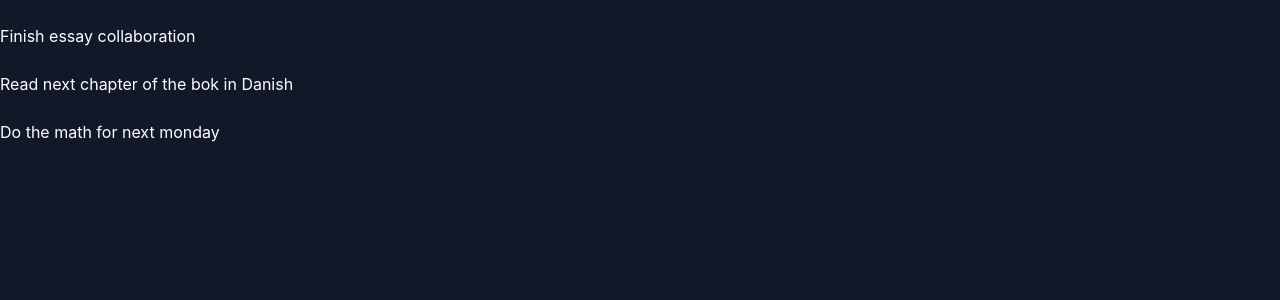
Repository: VachArt/react-exam-work
Page: /
These files come from the project's save history. The page is drawn as it stood at one moment and after the next save; the edit follows.
The browser window is 1280 px wide. The pictures show the whole page.
The project was rebuilt for these pictures with package versions that can differ from the ones it lists, and the page was loaded fresh each time.

Above is the page before, as saved 2022-04-27 14:42:10.

### src/index.jsx
import React from 'react';
import ReactDOM from 'react-dom';
import './index.css';
import Home from './components/pages/Home/Home';

const root = ReactDOM.createRoot(document.getElementById('root'));
root.render(
  <React.StrictMode>
    <Home />
  </React.StrictMode>
);

### src/components/pages/Home/Home.jsx
import React from "react"
import TodoItem from "./item/TodoItem"

const todos = [
    {
        _id: "efnejhj",
        title: "Finish essay collaboration",
        isCompleted: false,
    },
    {
        _id: "efnejhrrrr",
        title: "Read next chapter of the bok in Danish",
        isCompleted: false,
    },
    {
        _id: "efnejhj2323",
        title: "Do the math for next monday",
        isCompleted: false,
    }
]

const Home = () => {
    return (
        <div className="bg-gray-900 h-screen text-white">
            {todos.map(todo => (
                <TodoItem key={todo._id} todo={todo} />
            ))}
        </div>
    )
}

export default Home

### src/components/pages/Home/item/TodoItem.jsx
import React from "react"
import Check from "./Check"

const TodoItem = ({todo}) => {
    return (
        <div>
            <Check />
            {todo.title}
        </div>
    )
}



export default TodoItem

### src/components/pages/Home/item/Check.jsx
import React from 'react'
import {BsCheck} from "react-icons/bs"


const Check = ({isComleted}) => {
    return (
        <div>

            <BsCheck size={24} className="text-gray-900"/>
        </div>
    )
}

export default Check

Loaded but not shown: public/index.html (common file); src/index.css (common file); tailwind.config.js (common file)

After the next save:
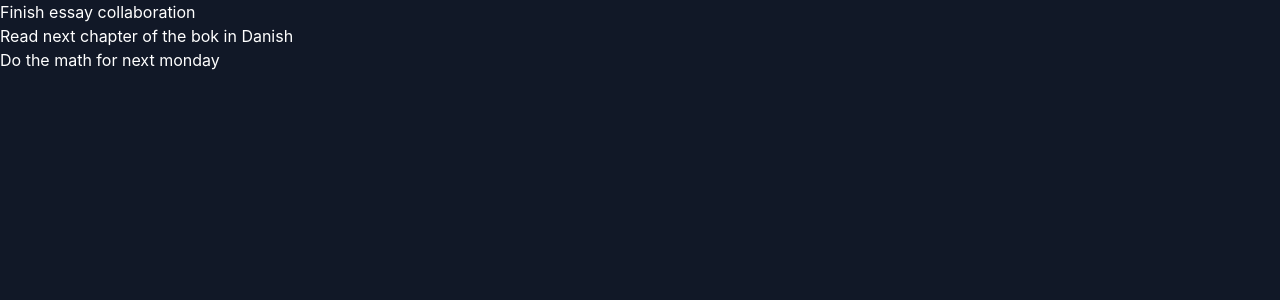
Saved 34 s later.
--- a/src/components/pages/Home/item/Check.jsx
+++ b/src/components/pages/Home/item/Check.jsx
@@ -5,8 +5,9 @@ import {BsCheck} from "react-icons/bs"
 const Check = ({isComleted}) => {
     return (
         <div>
-
+            {isComleted &&
             <BsCheck size={24} className="text-gray-900"/>
+            }
         </div>
     )
 }
